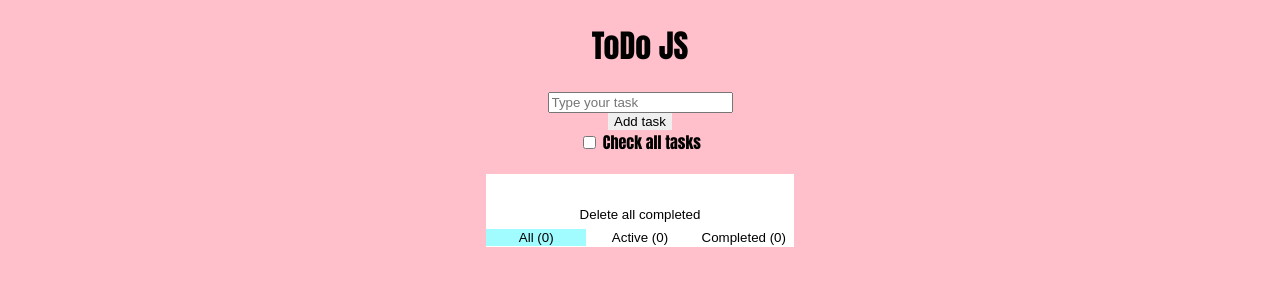
Repository: mklyagin/klyagin_todojs
Page: index.html
These files come from the project's save history. The page is drawn as it stood at one moment and after the next save; the edit follows.
The browser window is 1280 px wide. The pictures show the whole page.

Above is the page before, as saved 2024-02-27 17:52:56.

After the next save:
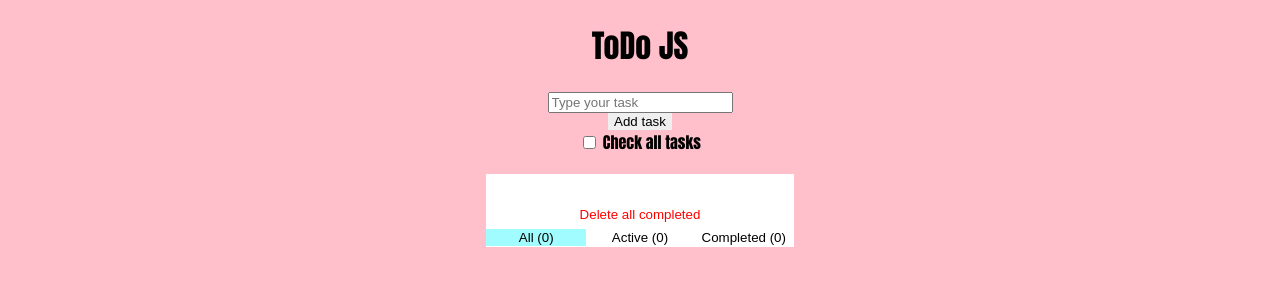
Saved 45 s later.
--- a/style.css
+++ b/style.css
@@ -66,6 +66,10 @@ li {
   width: 100px;
 }
 
+#delete-all-completed-button {
+  color: red;
+}
+
 .hidden-element {
   display: none;
 }
